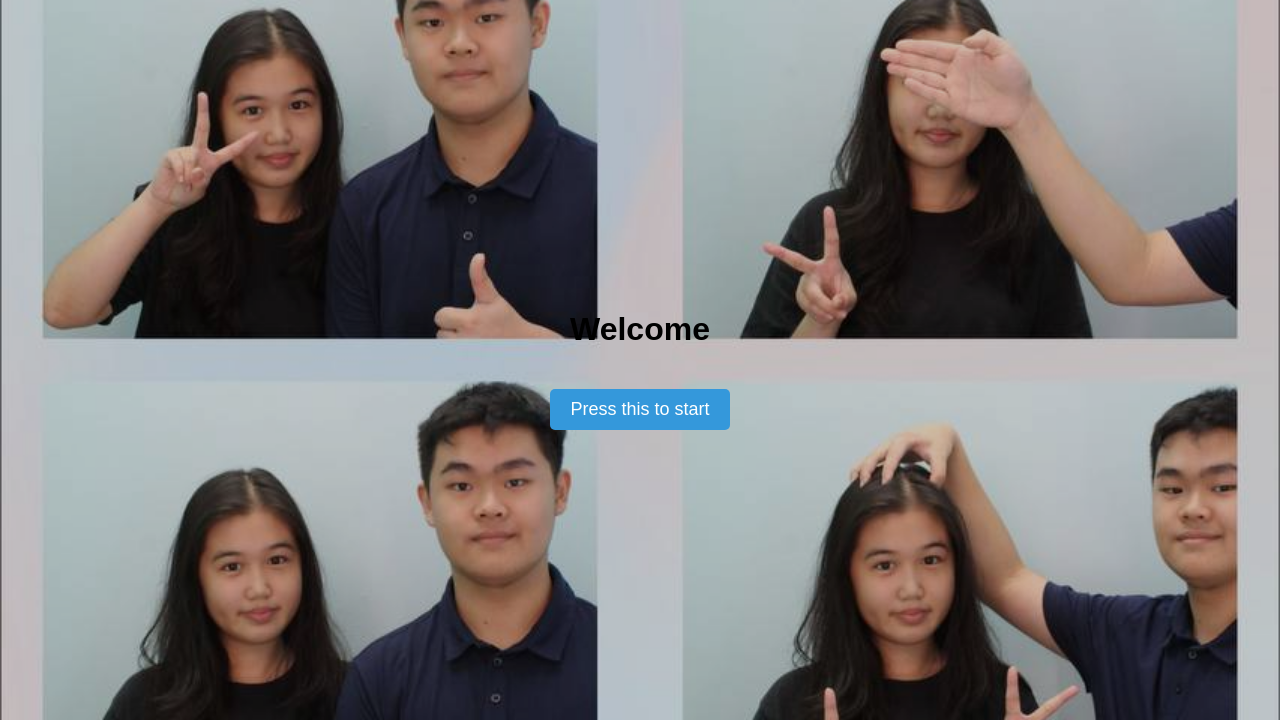
Repository: SnakeXrnt/project-cnf
Page: index.html
The author's editor kept a copy of each file at every save. The page is drawn from the files as they stood at one save, then again after the next save.
The browser window is 1280 px wide. The pictures show the whole page.
Some web fonts or font styles are not loaded; a fallback is used.

Above is the page before, as saved 2024-06-22 14:29:03.

### index.html
<!DOCTYPE html>
<html lang="en">
<head>
    <meta charset="UTF-8">
    <meta name="viewport" content="width=device-width, initial-scale=1.0">
    <title>This is for u !</title>
    <link rel="apple-touch-icon" sizes="180x180" href="/apple-touch-icon.png">
    <link rel="icon" type="image/png" sizes="32x32" href="/favicon-32x32.png">
    <link rel="icon" type="image/png" sizes="16x16" href="/favicon-16x16.png">
    <link rel="manifest" href="/site.webmanifest">
    <link rel="stylesheet" href="style.css">
    <script src="script.js"></script>
</head>
<body>
    <div class="greetings1">
        <h1>Welcome</h1>
        <button class="to-grettings2">Press this to start</button>
    </div>
    <div class="greetings2" style="display: none;">
        <h1>Hi, Mrs Evellyn Jade!</h1>
        <p>days pass and time flies yet in this moment my heart yearns just to spew its desires and now after all these times i just wanna say...</p>
    </div>

    <div class="filling" style="display: none;">
        <div class="lyric1"></div>

    </div>


    <audio id="background-music" src="music.mp3"></audio>



</body>
</html>

### style.css

@import url('https://fonts.googleapis.com/css2?family=Playfair+Display:ital,wght@0,400..900;1,400..900&family=Playwrite+NZ:wght@100..400&display=swap');

// <uniquifier>: Use a unique and descriptive class name
// <weight>: Use a value from 100 to 400

.playwrite-nz-<uniquifier> {
  font-family: "Playwrite NZ", cursive;
  font-optical-sizing: auto;
  font-weight: <weight>;
  font-style: normal;
}

// <uniquifier>: Use a unique and descriptive class name
// <weight>: Use a value from 400 to 900

.playfair-display-<uniquifier> {
  font-family: "Playfair Display", serif;
  font-optical-sizing: auto;
  font-weight: <weight>;
  font-style: normal;
}

body {
    margin: 0;
    padding: 0;
    font-family: Arial, sans-serif;
    position: relative;
    min-height: 100vh;
    background-color: #000; /* Fallback color */
}

body::before {
    content: "";
    position: absolute;
    top: 0;
    left: 0;
    width: 100%;
    height: 100%;
    background: url('background1.jpg') no-repeat center center fixed;
    background-size: cover;
    opacity: 0.8;
    z-index: -1;
}

.spotify {
    display: flex;
    width: 90%;
    height: auto;
    flex-direction: column;
    justify-content: center;
    align-items: center;
    padding-bottom: 20px;
}

.greetings {
    display: flex;
    justify-content: center;
    align-items: center;
    flex-direction: column;
    height: 100%;
}


button.ready {
    margin-top: 20px;
    background-color: rgb(255, 255, 255);
    color: rgb(0, 0, 0);
    border: none;
    border-radius: 50px;
    padding: 15px 30px;
    font-size: 18px;
    cursor: pointer;
    transition: background-color 0.3s ease;
    outline: none;
    padding-top: 20px;
}

button.ready:hover {
    background-color: #ff69b4;
}

button.ready h2 {
    margin: 0;
    padding: 0;
}

.filling {
    display: flex;
    justify-content: center;
    align-items: center;
    flex-direction: column;
}

.lyric1 {
    display: flex;
    justify-content: center;
    align-items: center;
    flex-direction: column;
    font-size: 24px;
    color: #333;
    margin: 10px 0;
}

.lyric1 p {
    margin: 10px;
    text-align: center;
}

.fade-in {
    opacity: 0;
    animation: fadeIn 2s forwards;
}

@keyframes fadeIn {
    to {
        opacity: 1;
    }
}

.greetings p {
    margin: 2px;
    text-align: center;
}

/* style.css */

.greetings1 {
    display: flex;
    flex-direction: column;
    align-items: center;
    justify-content: center;
    height: 100vh;
    text-align: center;
}

.greetings2 {
    display: flex;
    justify-content: center;
    align-items: center;
    flex-direction: column;
    height: 90vh;
}

.to-grettings2 {
    margin-top: 20px;
    padding: 10px 20px;
    font-size: 18px;
    background-color: #3498db;
    color: white;
    border: none;
    border-radius: 5px;
    cursor: pointer;
}



.greetings2 p {
    font-family: "Playfair Display", serif;
}

### script.js
// script.js

document.addEventListener('DOMContentLoaded', function() {
    const toGreetings2Button = document.querySelector('.to-grettings2');
    const greetings1Div = document.querySelector('.greetings1');
    const greetings2Div = document.querySelector('.greetings2');
    const fillingDiv = document.querySelector('.filling');
    const lyricDiv = document.querySelector('.lyric1');
    const audio = document.getElementById('background-music');

    const lyrics = [
        "Heart beats fast",
        "Colors and promises",
        "How to be brave?",
        "How can I love when I'm afraid to fall?",
        "But watching you stand alone",
        "All of my doubt suddenly goes away somehow"
    ];

    let currentLyricIndex = 0;

    function showNextLyric() {
        if (currentLyricIndex < lyrics.length) {
            const lyricLine = document.createElement('p');
            lyricLine.textContent = lyrics[currentLyricIndex];
            lyricLine.classList.add('fade-in');
            lyricDiv.appendChild(lyricLine);
            currentLyricIndex++;
            setTimeout(showNextLyric, 4000); // Adjust the delay as needed
        }
    }

    toGreetings2Button.addEventListener('click', function() {
        greetings1Div.style.display = 'none';
        greetings2Div.style.display = 'flex';
        audio.play();

        setTimeout(function() {
            greetings2Div.style.display = 'none';
            fillingDiv.style.display = 'flex';
            showNextLyric();
        }, 20000); // Transition to filling after 20 seconds
    });
});

After the next save:
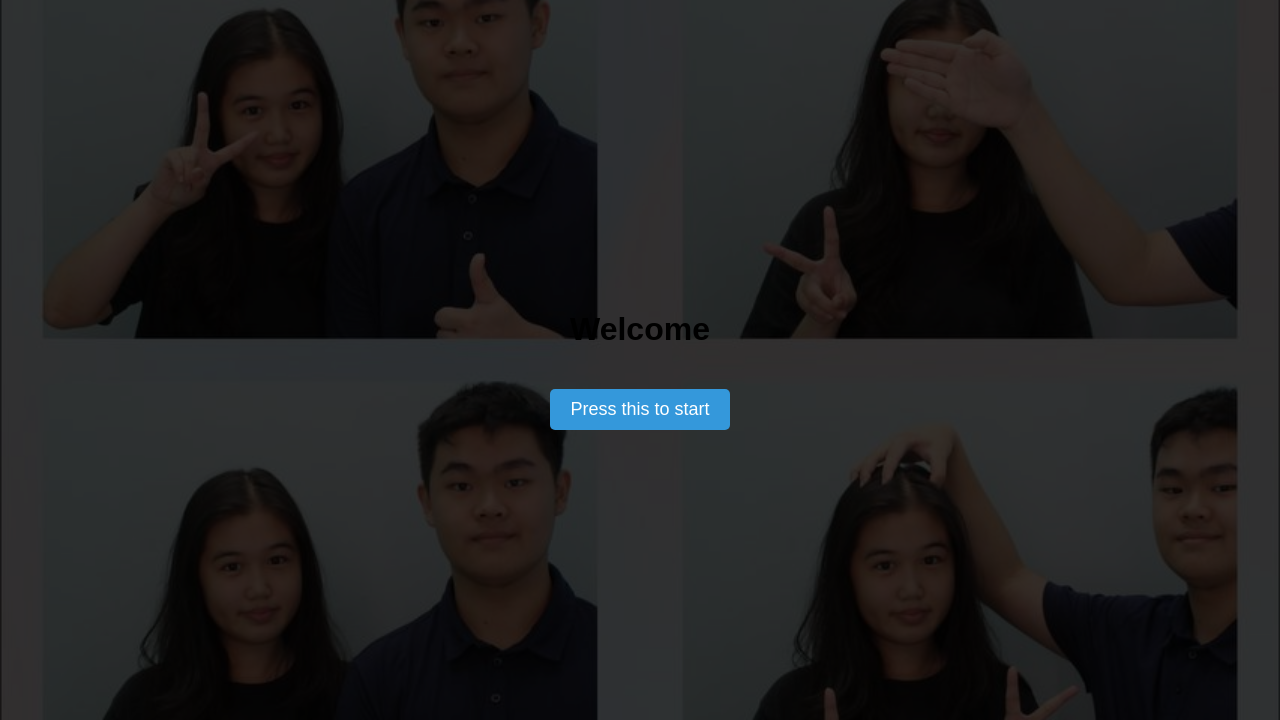
Saved 9 s later.
--- a/style.css
+++ b/style.css
@@ -39,7 +39,7 @@ body::before {
     height: 100%;
     background: url('background1.jpg') no-repeat center center fixed;
     background-size: cover;
-    opacity: 0.8;
+    opacity: 0.2;
     z-index: -1;
 }
 
